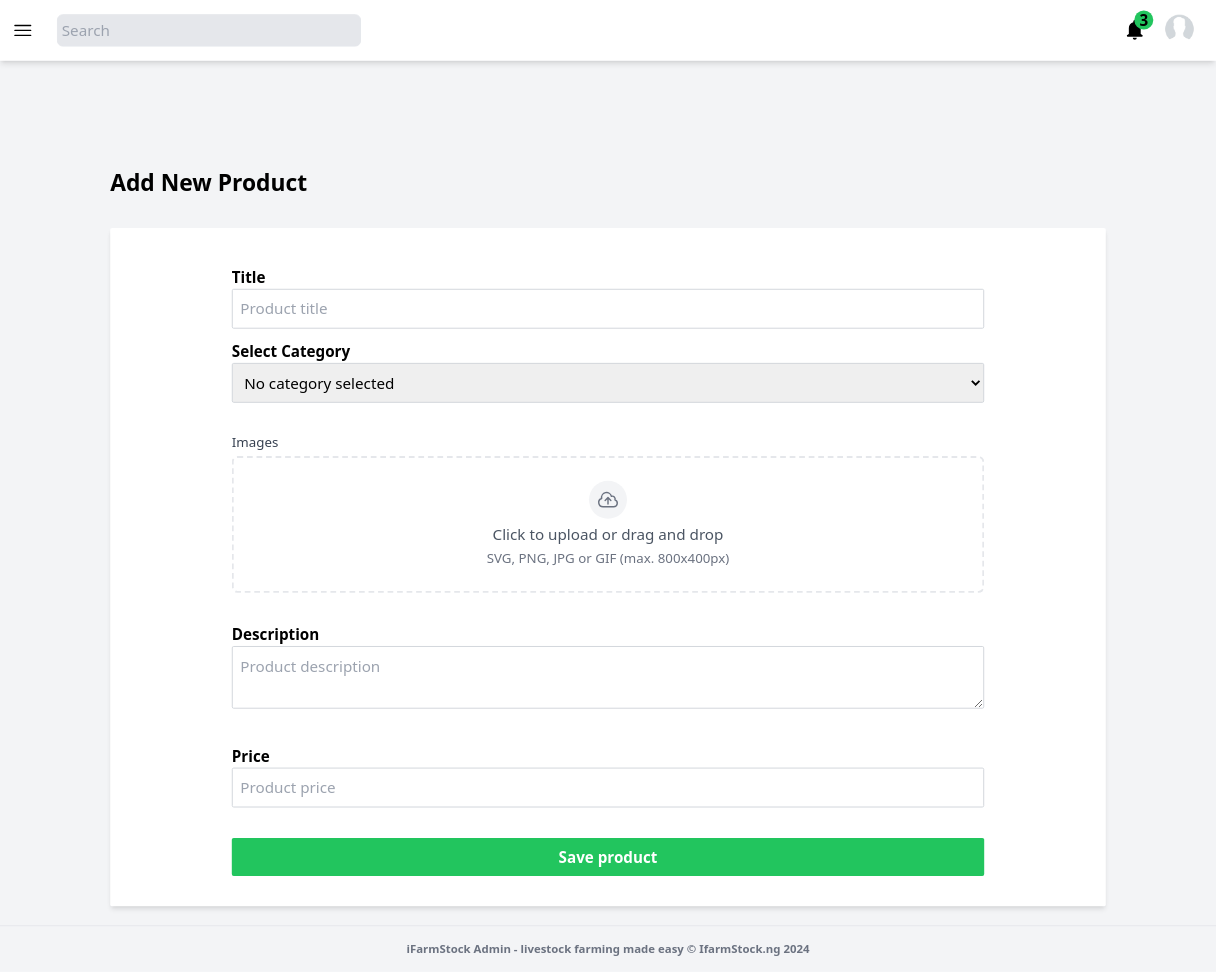
Repository: IssaMuiz/ifarmstock-admin
Page: /new-product
These files come from the project's save history. The page is drawn as it stood at one moment and after the next save; the edit follows.
The browser window is 1280 px wide. The pictures show the whole page, at 95% of full size.
The page's requests for data from a server got no answer. The project was rebuilt for these pictures with package versions that can differ from the ones it lists, and the page was loaded fresh each time. The framework's server and built-in components were replaced by stand-ins that run in the browser. No one was signed in, and anything a server would have sent is missing. Also part of the build but not shown: next.config.mjs.

Above is the page before, as saved 2024-10-13 00:24:55.

### app/layout.tsx
import type { Metadata } from "next";
import localFont from "next/font/local";
import "./globals.css";
import ClientSessionProvider from "../components/clientSessionProvider";

const geistSans = localFont({
  src: "./fonts/GeistVF.woff",
  variable: "--font-geist-sans",
  weight: "100 900",
});
const geistMono = localFont({
  src: "./fonts/GeistMonoVF.woff",
  variable: "--font-geist-mono",
  weight: "100 900",
});

export const metadata: Metadata = {
  title: "iFarmStock-admin",
  description: "Generated by create next app",
};

export default function RootLayout({
  children,
}: Readonly<{
  children: React.ReactNode;
}>) {
  return (
    <html lang="en">
      <body
        className={`${geistSans.variable} ${geistMono.variable} antialiased mx-5 bg-gray-100`}
      >
        <ClientSessionProvider>{children}</ClientSessionProvider>
      </body>
    </html>
  );
}

### app/new-product/page.tsx
import React from "react";

const NewProduct = () => {
  return (
    <section className="mt-24 min-h-screen  mx-2 md:mx-24">
      <div>
        <h1 className="text-2xl font-semibold mb-8">Add New Product</h1>
      </div>
      <form className="bg-white rounded-sm shadow-md py-5">
        <div className="px-5 md:px-32 mb-3 pt-5">
          <label className="text-md font-semibold">Title</label>
          <input
            type="text"
            placeholder="Product title"
            className="w-full border border-gray-300 rounded-sm p-2"
          />
        </div>
        <div className="px-5 md:px-32 mb-3">
          <label className="text-md font-semibold pt-5">Select Category</label>
          <select className="w-full border border-gray-300 rounded-sm p-2">
            <option value="">No category selected</option>
            <option value="">Option2</option>
            <option value="">Option3</option>
          </select>
        </div>

        <div className="px-5 md:px-32 mb-3 pt-5">
          <label className="mb-1 block text-sm font-medium text-gray-700">
            Images
          </label>
          <label className="flex w-full cursor-pointer appearance-none items-center justify-center rounded-md border-2 border-dashed border-gray-200 p-6 transition-all hover:border-primary-300">
            <div className="space-y-1 text-center">
              <div className="mx-auto inline-flex h-10 w-10 items-center justify-center rounded-full bg-gray-100">
                <svg
                  xmlns="http://www.w3.org/2000/svg"
                  fill="none"
                  viewBox="0 0 24 24"
                  stroke-width="1.5"
                  stroke="currentColor"
                  className="h-6 w-6 text-gray-500"
                >
                  <path
                    stroke-linecap="round"
                    stroke-linejoin="round"
                    d="M12 16.5V9.75m0 0l3 3m-3-3l-3 3M6.75 19.5a4.5 4.5 0 01-1.41-8.775 5.25 5.25 0 0110.233-2.33 3 3 0 013.758 3.848A3.752 3.752 0 0118 19.5H6.75z"
                  />
                </svg>
              </div>
              <div className="text-gray-600">
                <a
                  href="#"
                  className="font-medium text-primary-500 hover:text-primary-700"
                >
                  Click to upload
                </a>{" "}
                or drag and drop
              </div>
              <p className="text-sm text-gray-500">
                SVG, PNG, JPG or GIF (max. 800x400px)
              </p>
            </div>
            <input type="file" className="sr-only" />
          </label>
        </div>
        <div className="px-5 md:px-32 mb-3 pt-5">
          <label className="text-md font-semibold">Description</label>
          <textarea
            placeholder="Product description"
            className="w-full border border-gray-300 rounded-sm p-2"
          />
        </div>
        <div className="px-5 md:px-32 mb-3 pt-5">
          <label className="text-md font-semibold">Price</label>
          <input
            type="number"
            placeholder="Product price"
            className="w-full border border-gray-300 rounded-sm p-2"
          />
        </div>
        <div className="px-5 md:px-32 mb-3 pt-5">
          <button
            type="submit"
            className="p-2 w-full hover:bg-green-600 bg-green-500 text-white font-semibold rounded-sm"
          >
            Save product
          </button>
        </div>
      </form>
    </section>
  );
};

export default NewProduct;

### components/clientSessionProvider.tsx
"use client";

import { SessionProvider } from "next-auth/react";
import { ReactNode, useState } from "react";
import Navbar from "./navbar";
import Sidenav from "./sidenav";
import { usePathname } from "next/navigation";
import Footer from "./footer";
export default function ClientSessionProvider({
  children,
}: {
  children: ReactNode;
}) {
  const [showSidebar, setShowSidebar] = useState(false);

  const pathname = usePathname();

  const noNavRoutes = [
    "/",
    "/forgot-password",
    "/reset-password",
    "/signup",
    "/verify-email",
  ];
  const toggleSidebar = () => {
    setShowSidebar((prev) => !prev);
  };
  return (
    <SessionProvider>
      <main className="flex flex-col">
        <Sidenav showSidebar={showSidebar} setShowSidebar={setShowSidebar} />

        <div
          className={`fixed block xl:hidden inset-0 bg-black transition-opacity duration-300 ease-in-out z-10 ${
            showSidebar
              ? "opacity-40 pointer-events-auto"
              : "opacity-0 pointer-events-none"
          }`}
          onClick={toggleSidebar}
        ></div>
        <section
          className={`relative z-0 transition-all duration-300 ease-in-out ${
            showSidebar ? "xl:ml-64" : "w-full"
          }  flex-1`}
        >
          {!noNavRoutes.includes(pathname) && (
            <Navbar toggleSidebar={toggleSidebar} showSidebar={showSidebar} />
          )}

          {children}
          <Footer />
        </section>
      </main>
    </SessionProvider>
  );
}

### components/navbar.tsx
import React, { useEffect, useRef } from "react";
import { useSession } from "next-auth/react";
import Image from "next/image";
import { useState } from "react";
import { signOut } from "next-auth/react";

interface ToggleSidebar {
  toggleSidebar: (event: React.MouseEvent<HTMLOrSVGElement>) => void;
  showSidebar: boolean;
}
const Navbar = ({ toggleSidebar, showSidebar }: ToggleSidebar) => {
  const [showProfile, setShowProfile] = useState(false);
  const { data: session } = useSession();
  const dropdownRef = useRef<HTMLDivElement>(null);

  const toggleShowProfile = () => {
    setShowProfile((prev) => !prev);
  };

  const handleClickOutside = (e: MouseEvent) => {
    if (
      dropdownRef.current &&
      !dropdownRef.current.contains(e.target as Node)
    ) {
      setShowProfile(false);
    }
  };

  useEffect(() => {
    document.addEventListener("mousedown", handleClickOutside);

    return () => {
      document.removeEventListener("mousedown", handleClickOutside);
    };
  }, []);
  return (
    <nav
      className={`bg-white h-16 fixed top-0 left-0 ${
        showSidebar ? "xl:left-64" : "w-full"
      } right-0 shadow-md z-10 transition-all ease-in-out duration-300`}
    >
      <div className="mx-auto flex justify-between p-2">
        <div className="leftnav flex-1 flex gap-2 md:gap-5 items-center ">
          <svg
            onClick={toggleSidebar}
            xmlns="http://www.w3.org/2000/svg"
            viewBox="0 0 24 24"
            strokeWidth={1.5}
            stroke="currentColor"
            className="size-8 rounded-sm cursor-pointer p-1 hover:bg-gray-300"
          >
            <path
              strokeLinecap="round"
              strokeLinejoin="round"
              d="M3.75 6.75h16.5M3.75 12h16.5m-16.5 5.25h16.5"
            />
          </svg>

          <input
            type="text"
            placeholder="Search"
            className="p-1 bg-gray-200 rounded-md max-w-80 flex-1 border outline-none"
          />
        </div>
        <div className="right-nav flex items-center gap-1 ml-2">
          <div className="relative cursor-pointer hover:bg-gray-300 rounded-sm p-2">
            <svg
              xmlns="http://www.w3.org/2000/svg"
              x="0px"
              y="0px"
              width="25"
              height="25"
              viewBox="0 0 24 24"
              className="fill:#1A1A1A;"
            >
              <path d="M 12 2 C 11.172 2 10.5 2.672 10.5 3.5 L 10.5 4.1953125 C 7.9131836 4.862095 6 7.2048001 6 10 L 6 16 L 4.4648438 17.15625 L 4.4628906 17.15625 A 1 1 0 0 0 4 18 A 1 1 0 0 0 5 19 L 12 19 L 19 19 A 1 1 0 0 0 20 18 A 1 1 0 0 0 19.537109 17.15625 L 18 16 L 18 10 C 18 7.2048001 16.086816 4.862095 13.5 4.1953125 L 13.5 3.5 C 13.5 2.672 12.828 2 12 2 z M 10 20 C 10 21.1 10.9 22 12 22 C 13.1 22 14 21.1 14 20 L 10 20 z"></path>
            </svg>
            <span className=" absolute flex items-center justify-center font-semibold top-0 left-5 bg-green-500 p-1 h-5 w-5 rounded-full">
              3
            </span>
          </div>
          <div className="relative ">
            <div
              className="cursor-pointer hover:bg-gray-100 flex items-center"
              onClick={toggleShowProfile}
            >
              <Image
                src={session?.user?.image || "/assets/images/avatar.png"}
                alt="profile-image"
                width={45}
                height={45}
                className="rounded-md p-1"
              />
              <div className="flex-col hidden md:flex p-1">
                <p className="font-semibold text-xs">{session?.user?.name}</p>
                <p>{session?.user?.email}</p>
              </div>
            </div>
            {showProfile && (
              <div
                ref={dropdownRef}
                className="bg-white shadow top-14 -right-2 absolute w-60 md:w-[18rem] text-xl font-semibold rounded-sm "
              >
                <div className="flex flex-col gap-3">
                  <p className="hover:bg-gray-300 cursor-pointer px-4 py-2 mt-5 transition-all ease-in-out duration-300 text-xs">
                    Profile
                  </p>
                  <hr />
                  <p
                    onClick={() => signOut()}
                    className="hover:bg-gray-300 cursor-pointer px-4 py-2 mb-2 transition-all ease-in-out duration-300 border-gray-300 text-xs"
                  >
                    Sign Out
                  </p>
                </div>
              </div>
            )}
          </div>
        </div>
      </div>
    </nav>
  );
};

export default Navbar;

### components/sidenav.tsx
import React from "react";
import Link from "next/link";

interface Sidebar {
  showSidebar: boolean;
  setShowSidebar: (Sidebar: boolean) => void;
}
const Sidenav = ({ showSidebar, setShowSidebar }: Sidebar) => {
  const closeSidebar = () => {
    if (window.innerWidth < 1280) {
      setShowSidebar(false);
    }
  };
  return (
    <aside className="h-20 overflow-y-auto">
      <div
        className={`fixed w-64 overflow-x-hidden scrollbar  overflow-auto z-20 left-0 top-0 bottom-0 transform transition-transform duration-300  bg-gray-600 ${
          showSidebar ? "translate-x-0" : "-translate-x-full"
        }`}
      >
        <div className="bg-green-600 h-16 flex items-center gap-2 font-bold justify-center">
          <p className="text-2xl">iFarmStock</p>
          <p className="bg-white p-1 rounded-sm font-semibold text-sm">ADMIN</p>
        </div>
        <div className="flex flex-col items-start gap-6 text-white text-base font-semibold mt-10">
          <Link
            onClick={closeSidebar}
            href="/dashboard"
            className="flex gap-5 w-full items-center py-3 px-6 hover:bg-gray-500 cursor-pointer"
          >
            <svg
              width="25px"
              height="25px"
              viewBox="0 0 24 24"
              fill="none"
              xmlns="http://www.w3.org/2000/svg"
            >
              <path
                d="M21.54 19.25H21.31C21.2159 19.2194 21.1288 19.1706 21.0537 19.1062C20.9785 19.0418 20.9169 18.9632 20.8723 18.8749C20.8277 18.7866 20.8009 18.6903 20.7937 18.5917C20.7864 18.493 20.7988 18.3939 20.83 18.3C21.2622 16.9152 21.3626 15.4482 21.1231 14.0175C20.8837 12.5868 20.3111 11.2324 19.4516 10.0638C18.5921 8.89521 17.4698 7.94514 16.1754 7.29034C14.8809 6.63553 13.4506 6.29435 12 6.29435C10.5494 6.29435 9.11906 6.63553 7.82462 7.29034C6.53019 7.94514 5.4079 8.89521 4.54841 10.0638C3.68892 11.2324 3.11633 12.5868 2.87688 14.0175C2.63743 15.4482 2.73784 16.9152 3.17 18.3C3.21197 18.396 3.23338 18.4997 3.23284 18.6044C3.2323 18.7092 3.20983 18.8126 3.16687 18.9082C3.12391 19.0037 3.06142 19.0892 2.98341 19.1591C2.90541 19.229 2.81363 19.2818 2.71398 19.314C2.61434 19.3463 2.50903 19.3574 2.40485 19.3465C2.30068 19.3356 2.19994 19.303 2.10912 19.2508C2.01831 19.1986 1.93943 19.128 1.87758 19.0434C1.81573 18.9589 1.77226 18.8624 1.75 18.76C1.28255 17.2814 1.14055 15.7191 1.33375 14.1804C1.52694 12.6417 2.05074 11.1631 2.86922 9.84591C3.68769 8.52873 4.78146 7.40423 6.07545 6.54957C7.36945 5.69492 8.83303 5.13034 10.3658 4.89459C11.8985 4.65884 13.4641 4.7575 14.9551 5.1838C16.4461 5.61009 17.8273 6.35393 19.0037 7.36426C20.1802 8.3746 21.1241 9.62751 21.7708 11.037C22.4174 12.4465 22.7515 13.9792 22.75 15.53C22.75 16.6259 22.5814 17.7154 22.25 18.76C22.1977 18.9057 22.1011 19.0313 21.9738 19.1192C21.8464 19.2071 21.6947 19.2528 21.54 19.25Z"
                fill="#ffffff"
              />
              <path
                d="M21.54 19.25H2.45999C2.26108 19.25 2.07031 19.171 1.92966 19.0303C1.78901 18.8897 1.70999 18.6989 1.70999 18.5C1.70999 18.3011 1.78901 18.1103 1.92966 17.9697C2.07031 17.829 2.26108 17.75 2.45999 17.75H21.54C21.7389 17.75 21.9297 17.829 22.0703 17.9697C22.211 18.1103 22.29 18.3011 22.29 18.5C22.29 18.6989 22.211 18.8897 22.0703 19.0303C21.9297 19.171 21.7389 19.25 21.54 19.25Z"
                fill="#ffffff"
              />
              <path
                d="M12 16.25C11.9015 16.2505 11.8038 16.2312 11.7128 16.1935C11.6218 16.1557 11.5392 16.1001 11.47 16.03C11.3295 15.8894 11.2507 15.6988 11.2507 15.5C11.2507 15.3013 11.3295 15.1106 11.47 14.97L15.47 10.97C15.613 10.8661 15.788 10.8161 15.9643 10.8287C16.1406 10.8413 16.3067 10.9157 16.4335 11.0389C16.5602 11.162 16.6394 11.326 16.6571 11.5018C16.6747 11.6777 16.6297 11.8541 16.53 12L12.53 16C12.4633 16.0756 12.3819 16.1367 12.2908 16.1797C12.1997 16.2227 12.1007 16.2466 12 16.25Z"
                fill="#ffffff"
              />
            </svg>
            <p>Dashboard</p>
          </Link>
          <Link
            onClick={closeSidebar}
            href="/products"
            className="flex gap-5 w-full items-center py-3 px-6 hover:bg-gray-500 cursor-pointer"
          >
            <svg
              xmlns="http://www.w3.org/2000/svg"
              fill="none"
              viewBox="0 0 24 24"
              strokeWidth={1.5}
              stroke="currentColor"
              className="size-6"
            >
              <path
                strokeLinecap="round"
                strokeLinejoin="round"
                d="M6 6.878V6a2.25 2.25 0 0 1 2.25-2.25h7.5A2.25 2.25 0 0 1 18 6v.878m-12 0c.235-.083.487-.128.75-.128h10.5c.263 0 .515.045.75.128m-12 0A2.25 2.25 0 0 0 4.5 9v.878m13.5-3A2.25 2.25 0 0 1 19.5 9v.878m0 0a2.246 2.246 0 0 0-.75-.128H5.25c-.263 0-.515.045-.75.128m15 0A2.25 2.25 0 0 1 21 12v6a2.25 2.25 0 0 1-2.25 2.25H5.25A2.25 2.25 0 0 1 3 18v-6c0-.98.626-1.813 1.5-2.122"
              />
            </svg>

            <p>Products</p>
          </Link>
          <Link
            onClick={closeSidebar}
            href="/categories"
            className="flex gap-5 w-full items-center py-3 px-6 hover:bg-gray-500 cursor-pointer"
          >
            <svg
              xmlns="http://www.w3.org/2000/svg"
              fill="none"
              viewBox="0 0 24 24"
              strokeWidth={1.5}
              stroke="currentColor"
              className="size-6"
            >
              <path
                strokeLinecap="round"
                strokeLinejoin="round"
                d="M20.25 6.375c0 2.278-3.694 4.125-8.25 4.125S3.75 8.653 3.75 6.375m16.5 0c0-2.278-3.694-4.125-8.25-4.125S3.75 4.097 3.75 6.375m16.5 0v11.25c0 2.278-3.694 4.125-8.25 4.125s-8.25-1.847-8.25-4.125V6.375m16.5 0v3.75m-16.5-3.75v3.75m16.5 0v3.75C20.25 16.153 16.556 18 12 18s-8.25-1.847-8.25-4.125v-3.75m16.5 0c0 2.278-3.694 4.125-8.25 4.125s-8.25-1.847-8.25-4.125"
              />
            </svg>

            <p>Categories</p>
          </Link>
          <Link
            onClick={closeSidebar}
            href="/orders"
            className="flex gap-5 w-full items-center py-3 px-6 hover:bg-gray-500 cursor-pointer"
          >
            <svg
              xmlns="http://www.w3.org/2000/svg"
              fill="none"
              viewBox="0 0 24 24"
              strokeWidth={1.5}
              stroke="currentColor"
              className="size-6"
            >
              <path
                strokeLinecap="round"
                strokeLinejoin="round"
                d="M2.25 3h1.386c.51 0 .955.343 1.087.835l.383 1.437M7.5 14.25a3 3 0 0 0-3 3h15.75m-12.75-3h11.218c1.121-2.3 2.1-4.684 2.924-7.138a60.114 60.114 0 0 0-16.536-1.84M7.5 14.25 5.106 5.272M6 20.25a.75.75 0 1 1-1.5 0 .75.75 0 0 1 1.5 0Zm12.75 0a.75.75 0 1 1-1.5 0 .75.75 0 0 1 1.5 0Z"
              />
            </svg>

            <p>Orders</p>
          </Link>
          <Link
            onClick={closeSidebar}
            href="/customers"
            className="flex gap-5 w-full items-center py-3 px-6 hover:bg-gray-500 cursor-pointer"
          >
            <svg
              xmlns="http://www.w3.org/2000/svg"
              fill="none"
              viewBox="0 0 24 24"
              strokeWidth={1.5}
              stroke="currentColor"
              className="size-6"
            >
              <path
                strokeLinecap="round"
                strokeLinejoin="round"
                d="M15.75 6a3.75 3.75 0 1 1-7.5 0 3.75 3.75 0 0 1 7.5 0ZM4.501 20.118a7.5 7.5 0 0 1 14.998 0A17.933 17.933 0 0 1 12 21.75c-2.676 0-5.216-.584-7.499-1.632Z"
              />
            </svg>

            <p>Customers</p>
          </Link>
          <Link
            onClick={closeSidebar}
            href="/settings"
            className="flex gap-5 w-full items-center py-3 px-6 hover:bg-gray-500 cursor-pointer"
          >
            <svg
              xmlns="http://www.w3.org/2000/svg"
              fill="none"
              viewBox="0 0 24 24"
              strokeWidth={1.5}
              stroke="currentColor"
              className="size-6"
            >
              <path
                strokeLinecap="round"
                strokeLinejoin="round"
                d="M9.594 3.94c.09-.542.56-.94 1.11-.94h2.593c.55 0 1.02.398 1.11.94l.213 1.281c.063.374.313.686.645.87.074.04.147.083.22.127.325.196.72.257 1.075.124l1.217-.456a1.125 1.125 0 0 1 1.37.49l1.296 2.247a1.125 1.125 0 0 1-.26 1.431l-1.003.827c-.293.241-.438.613-.43.992a7.723 7.723 0 0 1 0 .255c-.008.378.137.75.43.991l1.004.827c.424.35.534.955.26 1.43l-1.298 2.247a1.125 1.125 0 0 1-1.369.491l-1.217-.456c-.355-.133-.75-.072-1.076.124a6.47 6.47 0 0 1-.22.128c-.331.183-.581.495-.644.869l-.213 1.281c-.09.543-.56.94-1.11.94h-2.594c-.55 0-1.019-.398-1.11-.94l-.213-1.281c-.062-.374-.312-.686-.644-.87a6.52 6.52 0 0 1-.22-.127c-.325-.196-.72-.257-1.076-.124l-1.217.456a1.125 1.125 0 0 1-1.369-.49l-1.297-2.247a1.125 1.125 0 0 1 .26-1.431l1.004-.827c.292-.24.437-.613.43-.991a6.932 6.932 0 0 1 0-.255c.007-.38-.138-.751-.43-.992l-1.004-.827a1.125 1.125 0 0 1-.26-1.43l1.297-2.247a1.125 1.125 0 0 1 1.37-.491l1.216.456c.356.133.751.072 1.076-.124.072-.044.146-.086.22-.128.332-.183.582-.495.644-.869l.214-1.28Z"
              />
              <path
                strokeLinecap="round"
                strokeLinejoin="round"
                d="M15 12a3 3 0 1 1-6 0 3 3 0 0 1 6 0Z"
              />
            </svg>

            <p>Settings</p>
          </Link>
        </div>
      </div>
    </aside>
  );
};

export default Sidenav;

### components/footer.tsx
import React from "react";

const Footer = () => {
  return (
    <footer className="mt-5 text-xs text-gray-500 font-semibold ">
      <hr className="-mx-5" />
      <p className="p-4 md:text-center">
        iFarmStock Admin - livestock farming made easy &copy; IfarmStock.ng 2024
      </p>
    </footer>
  );
};

export default Footer;

Loaded but not shown: app/globals.css (common file); tailwind.config.ts (common file)

After the next save:
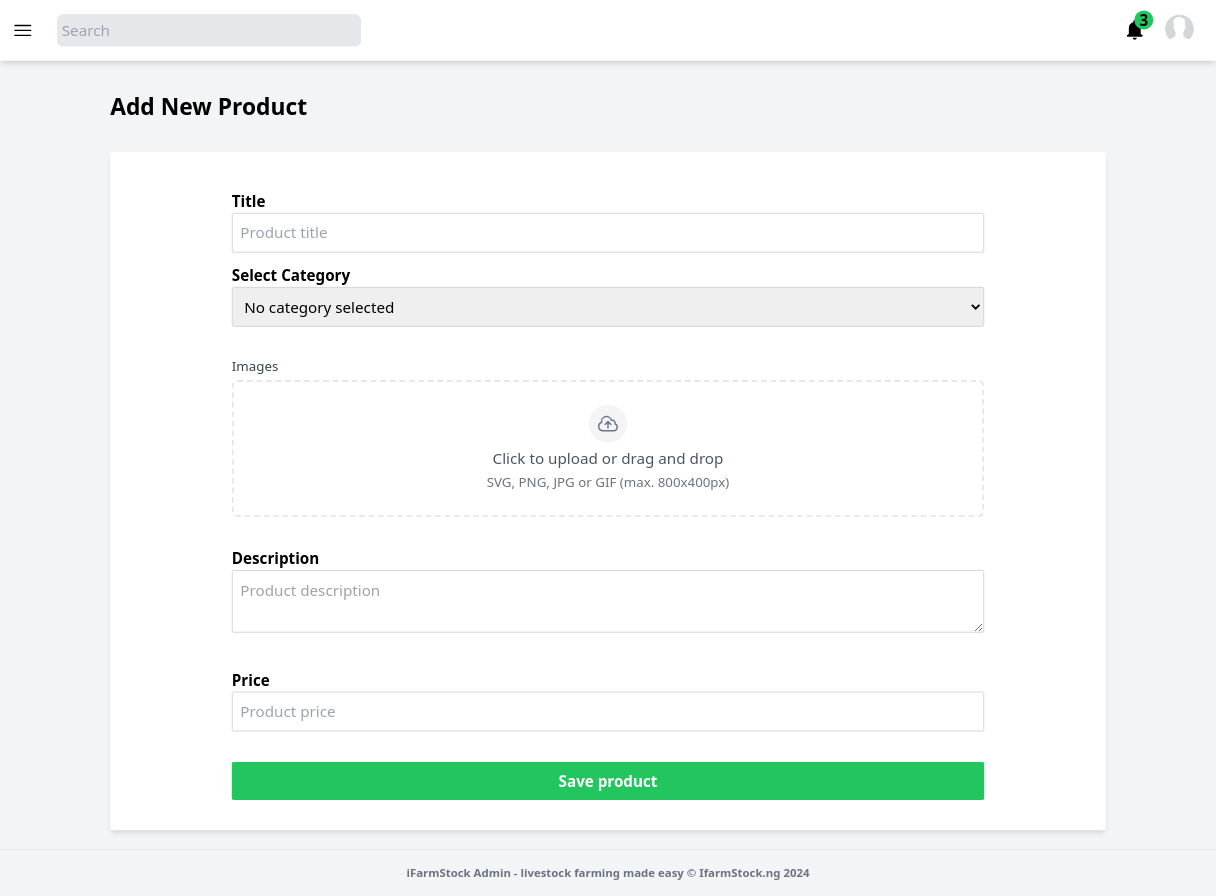
Saved 9 s later.
--- a/components/clientSessionProvider.tsx
+++ b/components/clientSessionProvider.tsx
@@ -27,7 +27,7 @@ export default function ClientSessionProvider({
   };
   return (
     <SessionProvider>
-      <main className="flex flex-col">
+      <main className="flex">
         <Sidenav showSidebar={showSidebar} setShowSidebar={setShowSidebar} />
 
         <div
